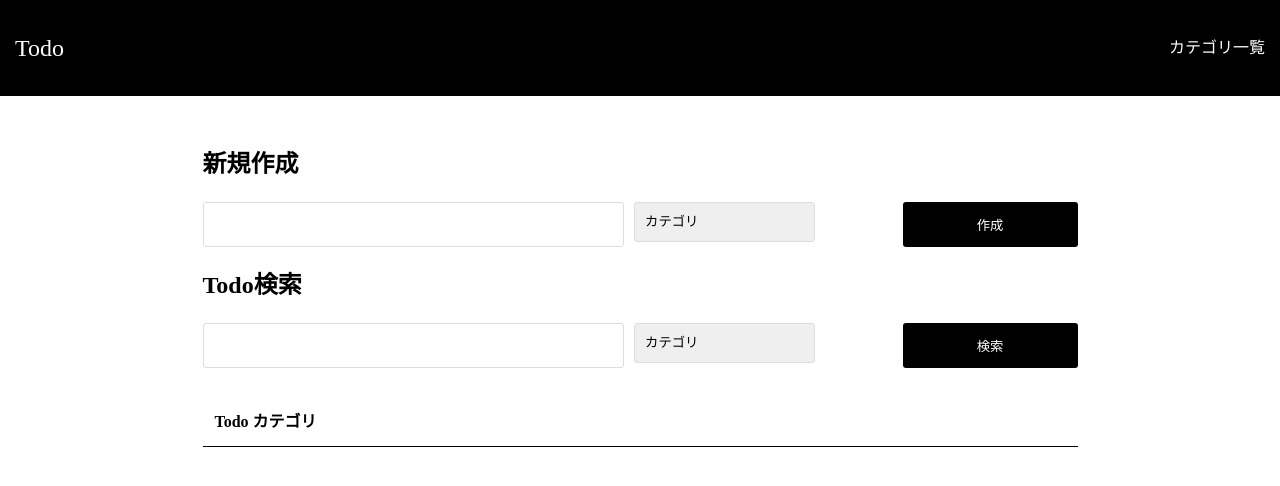
Repository: mayu-ya/todo4
Page: http://localhost/
The author's editor kept a copy of each file at every save. The page is drawn from the files as they stood at one save, then again after the next save.
The browser window is 1280 px wide. The pictures show the whole page.
The page is served by the project's Laravel application, run on PHP 8.4 with Laravel 8. Other server files are loaded and not shown. Queries for data that is not in the repository find no rows.

Above is the page before, as saved 2026-01-13 23:19:31.

### src/routes/web.php
<?php

use Illuminate\Support\Facades\Route;
use App\Http\Controllers\TodoController;
use App\Http\Controllers\CategoryController;

/*
|--------------------------------------------------------------------------
| Web Routes
|--------------------------------------------------------------------------
|
| Here is where you can register web routes for your application. These
| routes are loaded by the RouteServiceProvider within a group which
| contains the "web" middleware group. Now create something great!
|
*/

Route::get('/', [TodoController::class, 'index']);
Route::post('/todos', [TodoController::class, 'store']);
Route::patch('/todos/update', [TodoController::class, 'update']);
Route::delete('todos/delete', [TodoController::class, 'destroy']);

Route::get('/categories', [CategoryController::class, 'index']);

### src/app/Http/Controllers/TodoController.php
<?php

namespace App\Http\Controllers;

use App\Models\Todo;
use App\Http\Requests\TodoRequest;
use Illuminate\Http\Request;

class TodoController extends Controller
{
    public function index()
    {
        $todos = Todo::all();

        return view('index', compact('todos'));
    }

    public function store(TodoRequest $request)
    {
        $todo = $request->only(['content']);
        Todo::create($todo);

        return redirect('/')->with('message', 'Todoを作成しました');
    }

    public function update(TodoRequest $request)
    {
        $todo = $request->only(['content']);
        Todo::find($request->id)->update($todo);

        return redirect('/')->with('message', 'Todoを更新しました');
    }

    public function destroy(Request $request)
    {
        Todo::find($request->id)->delete();

        return redirect('/')->with('message', 'Todoを削除しました');
    }
}

### src/app/Models/Todo.php
<?php

namespace App\Models;

use Illuminate\Database\Eloquent\Factories\HasFactory;
use Illuminate\Database\Eloquent\Model;

class Todo extends Model
{
    use HasFactory;

    protected $fillable = ['category_id', 'content'];

    public function category()
    {
        return $this->belongsTo(Category::class);
    }
}

### src/resources/views/index.blade.php
@extends('layouts.app')

@section('css')
<link rel="stylesheet" href="{{ asset('css/index.css') }}">
@endsection

@section('content')
<div class="todo-message">
    @if(session('message'))
    <div class="todo-message_header">
        {{ session('message') }}
    </div>
    @endif
    @if($errors->any())
    <div class="todo-error-message_header">
        <ul>
            @foreach($errors->all() as $error)
            <li>{{ $error }}</li>
            @endforeach
        </ul>
    </div>
    @endif
</div>

<div class="content">
    <div class="section_title">
        <h2>新規作成</h2>
    </div>
    <form class="create-form" action="/todos" method="post">
        @csrf
        <div class="create-form-todo">
            <input class=create-form-todo_input type="text" name="content" value="{{ old('content') }}">
            <select class="create-form_item-select">
                <option value="">カテゴリ</option>
            </select>
        </div>
        <div class="create-form_button">
            <button class="create-form_button-submit" type="submit">作成</button>
        </div>
    </form>
    <div class="section_title">
        <h2>Todo検索</h2>
    </div>
    <form class="search-form">
        <div class="search-form_item">
            <input type="text" class="search-form_item-input">
            <select class="search-form_item-select">
                <option value="">カテゴリ</option>
            </select>
        </div>
        <div class="search-form_button">
            <button class="search-form_button-submit" type="submit">検索</button>
        </div>
    </form>

    <table class="table">
        <tr class="table-row">
            <th class="table-title">
                <span class="todo-table_header-span">Todo</span>
                <span class="todo-table_header-span">カテゴリ</span>
            </th>
        </tr>
        @foreach($todos as $todo)
        <tr class="table-row">
            <td class="table_item">
                <form class="table-update" action="/todos/update" method="post">
                    @method('patch')
                    @csrf
                    <div class="table-todo">
                        <input type="text" class="table-update_input" name="content" value="{{ $todo['content'] }}">
                        <input type="hidden" name="id" value="{{ $todo['id'] }}">
                    </div>
                    <div class="update-form_item">
                        <p class="update-form_item-p">Category 1</p>
                    </div>
                    <div class="table-update_button">
                        <button class="table-update_button-submit" type="submit">更新</button>
                    </div>
                </form>
            </td>
            <td class="table_item">
                <form class="table-delete" action="/todos/delete" method="post">
                    @method('delete')
                    @csrf
                    <div class="table-delete_button">
                        <input type="hidden" name="id" value="{{ $todo['id'] }}">
                        <button class="table-delete_button-submit" type="submit">削除</button>
                    </div>
                </form>
            </td>
        </tr>
        @endforeach
    </table>
</div>
@endsection

### src/resources/views/layouts/app.blade.php
<!DOCTYPE html>
<html lang="ja">
<head>
    <meta charset="UTF-8">
    <meta name="viewport" content="width=device-width, initial-scale=1.0">
    <title>Todo</title>
    <link rel="stylesheet" href="{{ asset('css/sanitize.css') }}">
    <link rel="stylesheet" href="{{ asset('css/common.css') }}">
    @yield('css')
</head>
<body>
    <header class="header">
        <div class="header-inner">
            <div class="header-utilities">
                <a href="/" class="header-logo">Todo</a>
                <nav>
                    <ul class="header-nav">
                        <li class="header-nav_item">
                            <a href="/categories" class="header-nav_link">カテゴリ一覧</a>
                        </li>
                    </ul>
                </nav>
            </div>
        </div>
    </header>

    <main>
        @yield('content')
    </main>
</body>
</html>

### src/public/css/sanitize.css
/* Document
* ========================================================================== */

/**
* Add border box sizing in all browsers (opinionated).
*/

*,
::before,
::after {
box-sizing: border-box;
}

/**
* 1. Add text decoration inheritance in all browsers (opinionated).
* 2. Add vertical alignment inheritance in all browsers (opinionated).
*/

::before,
::after {
vertical-align: inherit; /* 2 */
text-decoration: inherit; /* 1 */
}

/**
* 1. Use the default cursor in all browsers (opinionated).
* 2. Change the line height in all browsers (opinionated).
* 3. Use a 4-space tab width in all browsers (opinionated).
* 4. Remove the grey highlight on links in iOS (opinionated).
* 5. Prevent adjustments of font size after orientation changes in
*    IE on Windows Phone and in iOS.
* 6. Breaks words to prevent overflow in all browsers (opinionated).
*/

html {
word-break: break-word; /* 6 */
-moz-tab-size: 4; /* 3 */
tab-size: 4; /* 3 */
line-height: 1.5; /* 2 */
cursor: default; /* 1 */

-webkit-tap-highlight-color: transparent /* 4 */;
-ms-text-size-adjust: 100%; /* 5 */
-webkit-text-size-adjust: 100%; /* 5 */
}

/* Sections
* ========================================================================== */

/**
* Remove the margin in all browsers (opinionated).
*/

body {
margin: 0;
}

/**
* Correct the font size and margin on `h1` elements within `section` and
* `article` contexts in Chrome, Edge, Firefox, and Safari.
*/

h1 {
margin: 0.67em 0;
font-size: 2em;
}

/* Grouping content
* ========================================================================== */

/**
* Remove the margin on nested lists in Chrome, Edge, IE, and Safari.
*/

dl dl,
dl ol,
dl ul,
ol dl,
ul dl {
margin: 0;
}

/**
* Remove the margin on nested lists in Edge 18- and IE.
*/

ol ol,
ol ul,
ul ol,
ul ul {
margin: 0;
}

/**
* 1. Add the correct sizing in Firefox.
* 2. Show the overflow in Edge 18- and IE.
*/

hr {
overflow: visible; /* 2 */
height: 0; /* 1 */
}

/**
* Add the correct display in IE.
*/

main {
display: block;
}

/**
* Remove the list style on navigation lists in all browsers (opinionated).
*/

nav ol,
nav ul {
padding: 0;
list-style: none;
}

/**
* 1. Correct the inheritance and scaling of font size in all browsers.
* 2. Correct the odd `em` font sizing in all browsers.
*/

pre {
font-size: 1em; /* 2 */
font-family: monospace, monospace; /* 1 */
}

/* Text-level semantics
* ========================================================================== */

/**
* Remove the gray background on active links in IE 10.
*/

a {
background-color: transparent;
}

/**
* Add the correct text decoration in Edge 18-, IE, and Safari.
*/

abbr[title] {
text-decoration: underline;
text-decoration: underline dotted;
}

/**
* Add the correct font weight in Chrome, Edge, and Safari.
*/

b,
strong {
font-weight: bolder;
}

/**
* 1. Correct the inheritance and scaling of font size in all browsers.
* 2. Correct the odd `em` font sizing in all browsers.
*/

code,
kbd,
samp {
font-size: 1em; /* 2 */
font-family: monospace, monospace; /* 1 */
}

/**
* Add the correct font size in all browsers.
*/

small {
font-size: 80%;
}

/* Embedded content
* ========================================================================== */

/*
* Change the alignment on media elements in all browsers (opinionated).
*/

audio,
canvas,
iframe,
img,
svg,
video {
vertical-align: middle;
}

/**
* Add the correct display in IE 9-.
*/

audio,
video {
display: inline-block;
}

/**
* Add the correct display in iOS 4-7.
*/

audio:not([controls]) {
display: none;
height: 0;
}

/**
* Remove the border on iframes in all browsers (opinionated).
*/

iframe {
border-style: none;
}

/**
* Remove the border on images within links in IE 10-.
*/

img {
border-style: none;
}

/**
* Change the fill color to match the text color in all browsers (opinionated).
*/

svg:not([fill]) {
fill: currentColor;
}

/**
* Hide the overflow in IE.
*/

svg:not(:root) {
overflow: hidden;
}

/* Tabular data
* ========================================================================== */

/**
* Collapse border spacing in all browsers (opinionated).
*/

table {
border-collapse: collapse;
}

/* Forms
* ========================================================================== */

/**
* Remove the margin on controls in Safari.
*/

button,
input,
select {
margin: 0;
}

/**
* 1. Show the overflow in IE.
* 2. Remove the inheritance of text transform in Edge 18-, Firefox, and IE.
*/

button {
overflow: visible; /* 1 */
text-transform: none; /* 2 */
}

/**
* Correct the inability to style buttons in iOS and Safari.
*/

button,
[type="button"],
[type="reset"],
[type="submit"] {
-webkit-appearance: button;
}

/**
* 1. Change the inconsistent appearance in all browsers (opinionated).
* 2. Correct the padding in Firefox.
*/

fieldset {
padding: 0.35em 0.75em 0.625em; /* 2 */
border: 1px solid #a0a0a0; /* 1 */
}

/**
* Show the overflow in Edge 18- and IE.
*/

input {
overflow: visible;
}

/**
* 1. Correct the text wrapping in Edge 18- and IE.
* 2. Correct the color inheritance from `fieldset` elements in IE.
*/

legend {
display: table; /* 1 */
max-width: 100%; /* 1 */
color: inherit; /* 2 */
white-space: normal; /* 1 */
}

/**
* 1. Add the correct display in Edge 18- and IE.
* 2. Add the correct vertical alignment in Chrome, Edge, and Firefox.
*/

progress {
display: inline-block; /* 1 */
vertical-align: baseline; /* 2 */
}

/**
* Remove the inheritance of text transform in Firefox.
*/

select {
text-transform: none;
}

/**
* 1. Remove the margin in Firefox and Safari.
* 2. Remove the default vertical scrollbar in IE.
* 3. Change the resize direction in all browsers (opinionated).
*/

textarea {
overflow: auto; /* 2 */
margin: 0; /* 1 */
resize: vertical; /* 3 */
}

/**
* Remove the padding in IE 10-.
*/

[type="checkbox"],
[type="radio"] {
padding: 0;
}

/**
* 1. Correct the odd appearance in Chrome, Edge, and Safari.
* 2. Correct the outline style in Safari.
*/

[type="search"] {
outline-offset: -2px; /* 2 */

-webkit-appearance: textfield; /* 1 */
}

/**
* Correct the cursor style of increment and decrement buttons in Safari.
*/

::-webkit-inner-spin-button,
::-webkit-outer-spin-button {
height: auto;
}

/**
* Correct the text style of placeholders in Chrome, Edge, and Safari.
*/

::-webkit-input-placeholder {
color: inherit;
opacity: 0.54;
}

/**
* Remove the inner padding in Chrome, Edge, and Safari on macOS.
*/

::-webkit-search-decoration {
-webkit-appearance: none;
}

/**
* 1. Correct the inability to style upload buttons in iOS and Safari.
* 2. Change font properties to `inherit` in Safari.
*/

::-webkit-file-upload-button {
font: inherit; /* 2 */

-webkit-appearance: button; /* 1 */
}

/**
* Remove the inner border and padding of focus outlines in Firefox.
*/

::-moz-focus-inner {
padding: 0;
border-style: none;
}

/**
* Restore the focus outline styles unset by the previous rule in Firefox.
*/

:-moz-focusring {
outline: 1px dotted ButtonText;
}

/**
* Remove the additional :invalid styles in Firefox.
*/

:-moz-ui-invalid {
box-shadow: none;
}

/* Interactive
* ========================================================================== */

/*
* Add the correct display in Edge 18- and IE.
*/

details {
display: block;
}

/*
* Add the correct styles in Edge 18-, IE, and Safari.
*/

dialog {
position: absolute;
right: 0;
left: 0;
display: block;
margin: auto;
padding: 1em;
width: -moz-fit-content;
width: -webkit-fit-content;
width: fit-content;
height: -moz-fit-content;
height: -webkit-fit-content;
height: fit-content;
border: solid;
background-color: white;
color: black;
}

dialog:not([open]) {
display: none;
}

/*
* Add the correct display in all browsers.
*/

summary {
display: list-item;
}

/* Scripting
* ========================================================================== */

/**
* Add the correct display in IE 9-.
*/

canvas {
display: inline-block;
}

/**
* Add the correct display in IE.
*/

template {
display: none;
}

/* User interaction
* ========================================================================== */

/*
* 1. Remove the tapping delay in IE 10.
* 2. Remove the tapping delay on clickable elements
in all browsers (opinionated).
*/

a,
area,
button,
input,
label,
select,
summary,
textarea,
[tabindex] {
-ms-touch-action: manipulation; /* 1 */
touch-action: manipulation; /* 2 */
}

/**
* Add the correct display in IE 10-.
*/

[hidden] {
display: none;
}

/* Accessibility
* ========================================================================== */

/**
* Change the cursor on busy elements in all browsers (opinionated).
*/

[aria-busy="true"] {
cursor: progress;
}

/*
* Change the cursor on control elements in all browsers (opinionated).
*/

[aria-controls] {
cursor: pointer;
}

/*
* Change the cursor on disabled, not-editable, or otherwise
* inoperable elements in all browsers (opinionated).
*/

[aria-disabled="true"],
[disabled] {
cursor: not-allowed;
}

/*
* Change the display on visually hidden accessible elements
* in all browsers (opinionated).
*/

[aria-hidden="false"][hidden] {
display: initial;
}

[aria-hidden="false"][hidden]:not(:focus) {
position: absolute;
clip: rect(0, 0, 0, 0);
}

### src/public/css/common.css
.header {
    background: #000;
    max-width: 1536px;
}

.header-inner {
    width: 100%;
    margin: 0 auto;
    padding: 20px 15px;
}

.header-utilities {
    display: flex;
    align-items: center;
    justify-content: space-between;
}

.header-logo {
    display: block;
    font-size: 24px;
    color: #fff;
    text-decoration: none;
    cursor: pointer;
}

.header-nav_link {
    color: #fff;
    text-decoration: none;
}

### src/public/css/index.css
.todo-message_header {
    padding: 10px 30px;
    background: #d1e7dd;
    color: #0f5132;
    border-color: #badbcc;
}

.todo-error-message_header {
    padding: 10px 0;
    background: #f8d7da;
    color: #842029;
    border-color: #f5c2c7;
}

.content {
    max-width: 1536px;
    margin: 0 auto;
    padding: 30px 15px;
}

.section_title {
    margin: 0 auto;
    width: 70%;
}

.create-form, .search-form {
    display: flex;
    width: 70%;
    justify-content: space-between;
    margin: 0 auto;
    margin-bottom: 15px;
    align-items: center;
}

.create-form-todo, .search-form_item {
    display: flex;
    width: 70%;
}

.create-form-todo_input, .search-form_item-input {
    margin-right: 10px;
    padding: 10px;
    width: 70%;
    height: 45px;
    border: 1px solid #ddd;
    border-radius: 3px;
    outline: none;
}

.create-form_item-select, .search-form_item-select {
    padding: 10px;
    width: 30%;
    height: 40px;
    border: 1px solid #ddd;
    border-radius: 3px;
    appearance: none;
}

.create-form_button, .search-form_button {
    width: 20%;
}

.create-form_button-submit, .search-form_button-submit {
    padding: 10px;
    width: 100%;
    height: 45px;
    border: none;
    border-radius: 3px;
    background: #000;
    color: #fff;
    cursor: pointer;
}

.table {
    margin: 30px auto;
    width: 70%;
    text-align: left;
}

.table-row {
    display: flex;
    border-bottom: 1px solid #000;
}

.table-title {
    padding: 12px;
    width: 20%;
    text-align: left;
    font-weight: bold;
}

.todo-table__header-span {
    margin-right: 40%;
}

.table-update {
    display: flex;
    align-items: center;
    justify-content: space-between;
}

.table-todo {
    width: 40%;
    line-height: 50%;
}

.table-update_input {
    width: 100%;
    outline: none;
    border: none;
}

.update-form__item-p {
    text-align: left;
    font-size: 13px;
}

.table_item:first-of-type {
    padding: 12px;
    width: 90%;
}

.table-update_button {
    width: 50px;
}

.table-update_button-submit {
    padding: 5px;
    width: 100%;
    border: none;
    border-radius: 3px;
    background: #00f;
    color: #fff;
    cursor: pointer;
}

.table-delete_button {
    width: 50px;
    padding: 12px 0;
}

.table-delete_button-submit {
    padding: 5px;
    width: 100%;
    border: none;
    border-radius: 3px;
    background: #ff0000;
    color: #fff;
    cursor: pointer;
}

Loaded but not shown: src/app/Http/Controllers/Controller.php (common file)

After the next save:
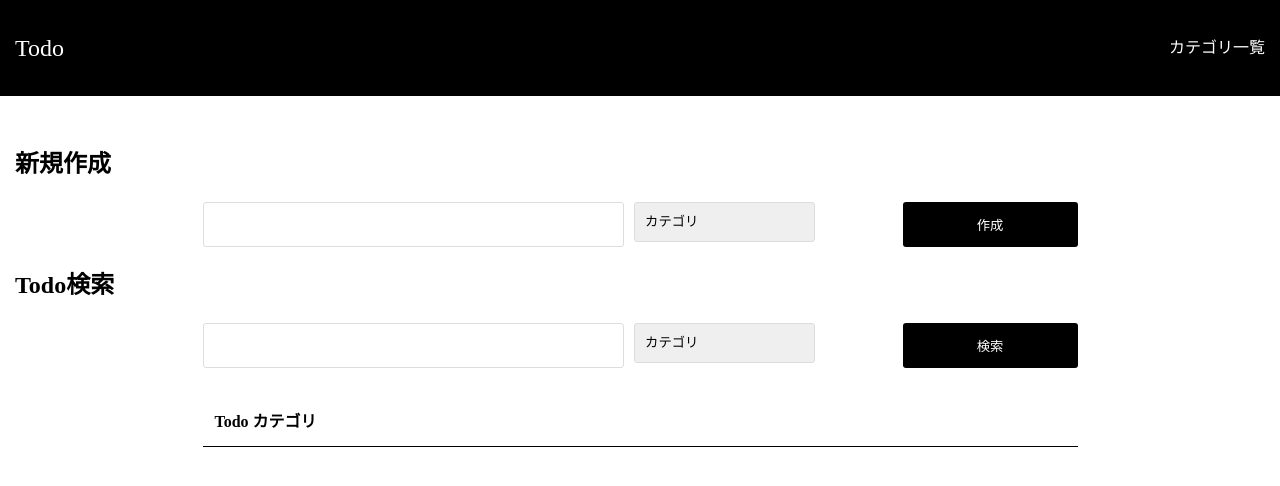
Saved 5 min 28 s later.
--- a/src/public/css/index.css
+++ b/src/public/css/index.css
@@ -16,11 +16,6 @@
     max-width: 1536px;
     margin: 0 auto;
     padding: 30px 15px;
-}
-
-.section_title {
-    margin: 0 auto;
-    width: 70%;
 }
 
 .create-form, .search-form {

After the save that followed:
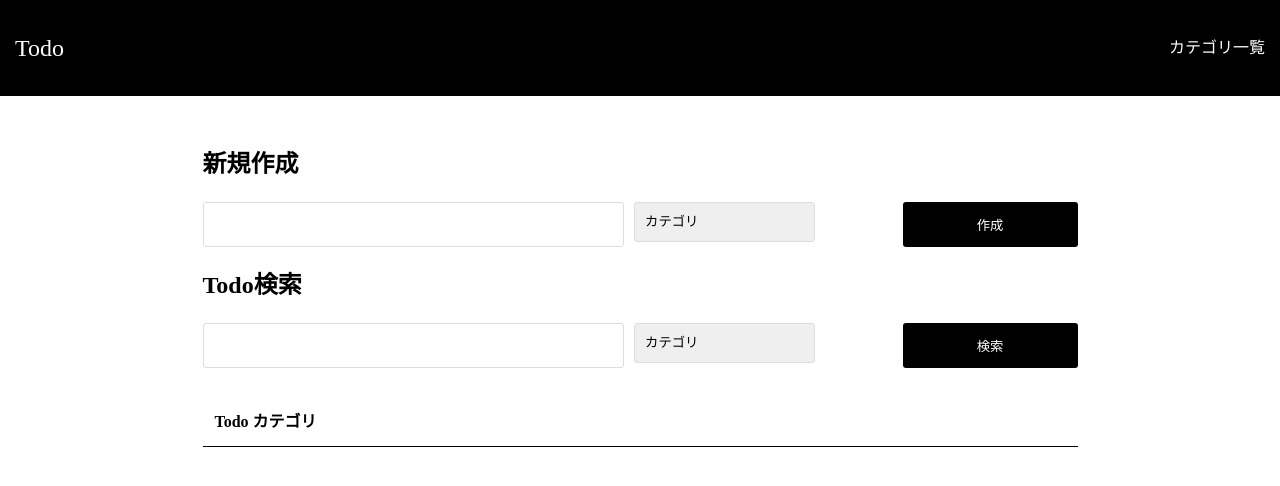
Saved 60 s later.
--- a/src/public/css/index.css
+++ b/src/public/css/index.css
@@ -16,6 +16,11 @@
     max-width: 1536px;
     margin: 0 auto;
     padding: 30px 15px;
+}
+
+.section_title {
+    margin: 0 auto;
+    width: 70%;
 }
 
 .create-form, .search-form {
